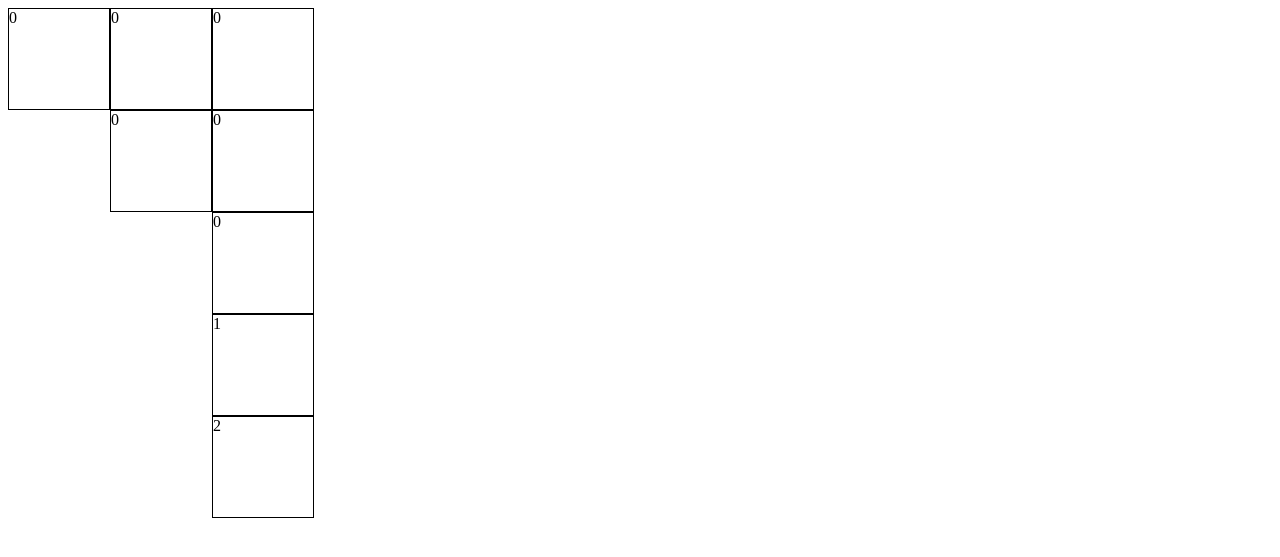
Repository: motiejus1/27-paskaita-05.31
Page: namas.html
These files come from the project's save history. The page is drawn as it stood at one moment and after the next save; the edit follows.
The browser window is 1280 px wide. The pictures show the whole page.

Above is the page before, as saved 2021-07-15 20:37:18.

After the next save:
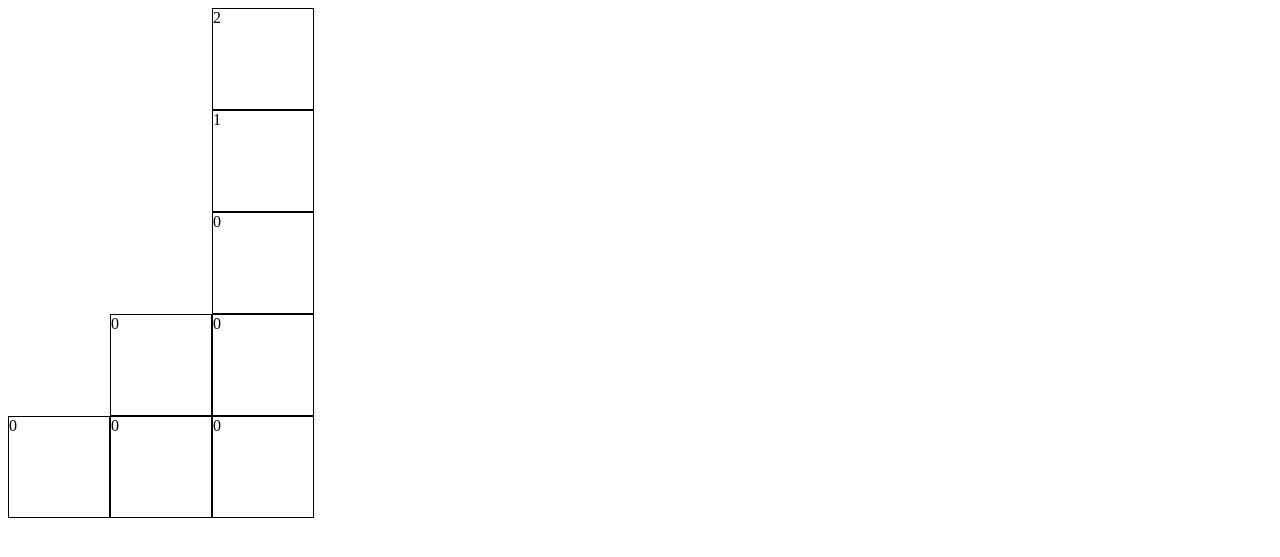
Saved 41 s later.
--- a/namas.html
+++ b/namas.html
@@ -18,7 +18,7 @@
 
         .laiptine {
             display: flex;
-            flex-direction: column;
+            flex-direction: column-reverse;
         }
     </style>
 </head>
